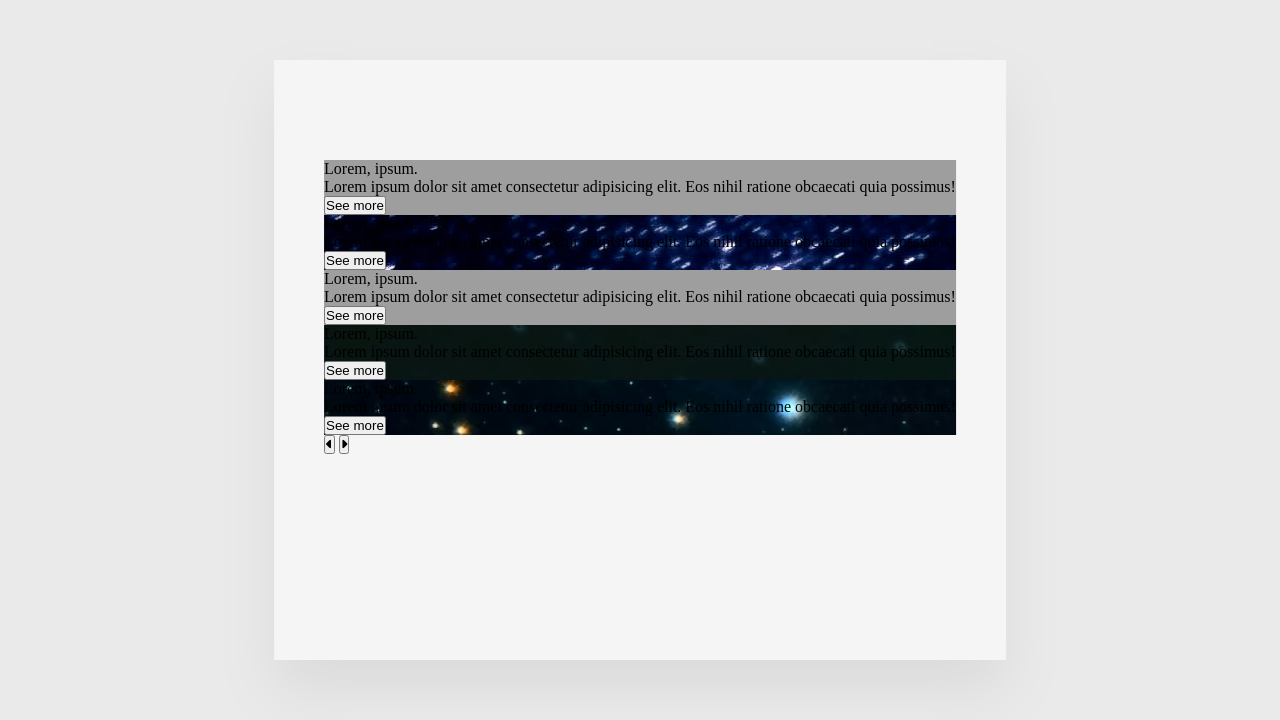
Repository: zeinawady/-Image-Slider-Project
Page: index.html
These files come from the project's save history. The page is drawn as it stood at one moment and after a run of saves; the edit follows.
The browser window is 1280 px wide. The pictures show the whole page.
Pictures or frames that could not be fetched are drawn as grey boxes.

Above is the page before, as saved 2024-09-19 16:21:58.

After the next 2 saves:
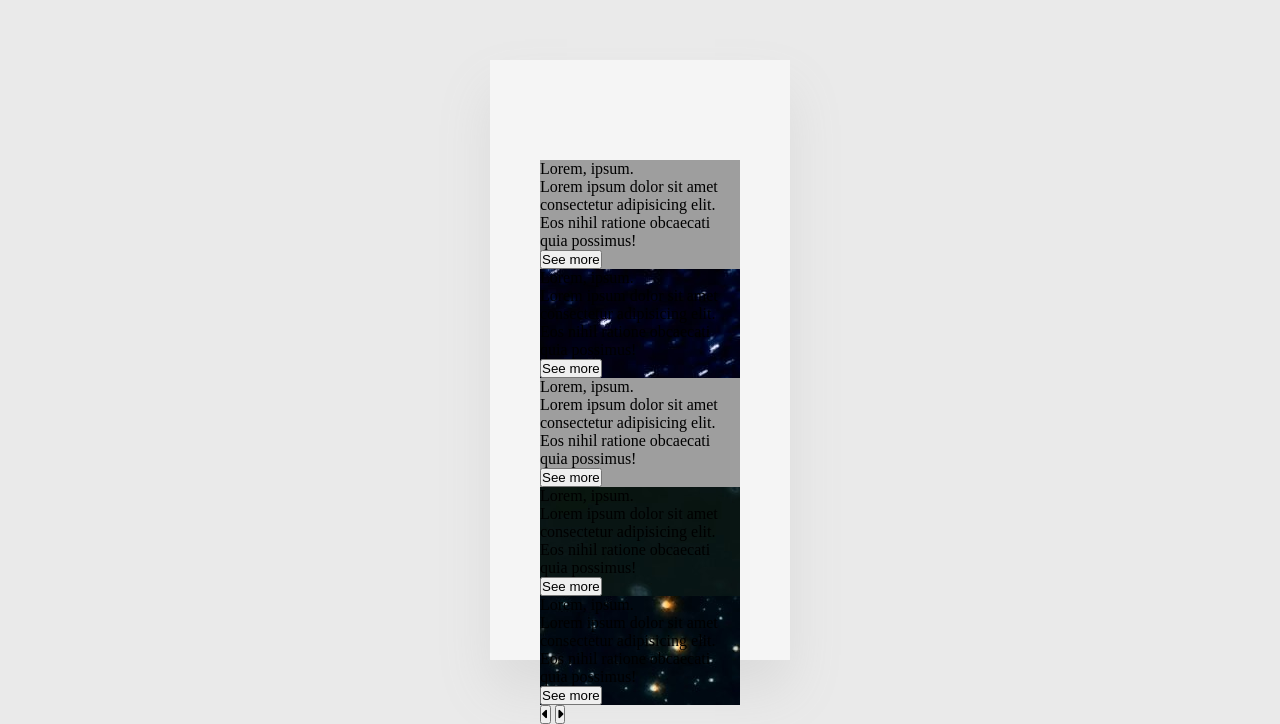
The 2 saves are shown as one change because they came seconds apart.
The last was saved 10 s later.
--- a/css/style.css
+++ b/css/style.css
@@ -40,5 +40,5 @@ body{
     margin-top: 50px;
 }
 .item{
-
+    max-width: 200px;
 }
